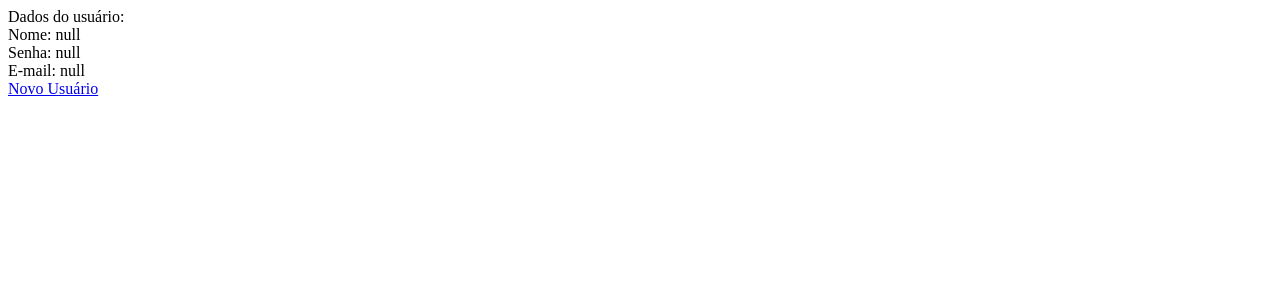
Repository: diegosena7/EstudosJSP
Page: http://localhost/UsandoTagSetpropertyGetproperty/usuario.jsp
These files come from the project's save history. The page is drawn as it stood at one moment and after the next save; the edit follows.
The browser window is 1280 px wide. The pictures show the whole page.
The page is served by Tomcat 9.

Above is the page before, as saved 2021-07-03 20:16:06.

After the next save:
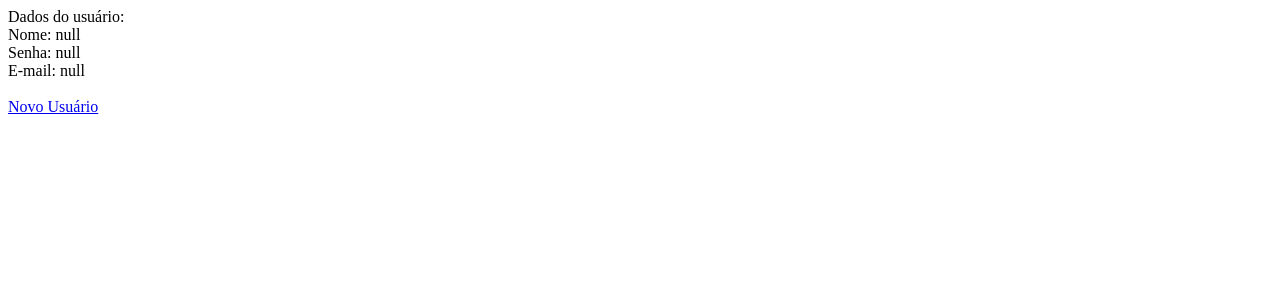
Saved 28 s later.
--- a/UsandoTagSetpropertyGetproperty/WebContent/usuario.jsp
+++ b/UsandoTagSetpropertyGetproperty/WebContent/usuario.jsp
@@ -12,7 +12,7 @@
 	Dados do usuário: <br>
 	Nome: <jsp:getProperty property="nome" name="user"/><br>
 	Senha: <jsp:getProperty property="senha" name="user"/><br>
-	E-mail: <jsp:getProperty property="email" name="user"/><br>
+	E-mail: <jsp:getProperty property="email" name="user"/><br><br>
 	<a href="usuarioNew.jsp">Novo Usuário</a>
 </body>
 </html>
